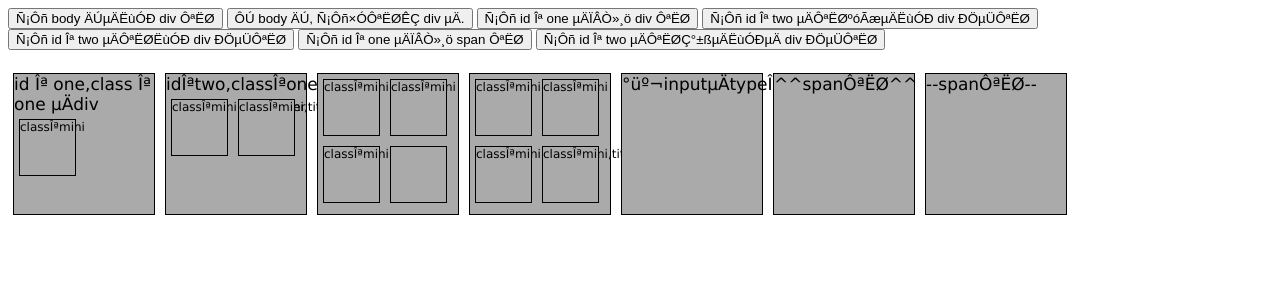
Repository: smilebingbing/java
Page: day_1/WebContent/jquery3.html
The author's editor kept a copy of each file at every save. The page is drawn from the files as they stood at one save, then again after the next save.
The browser window is 1280 px wide. The pictures show the whole page.
After loading, the first visible `#btn4` was clicked once.

Above is the page before, as saved 2016-10-15 07:36:05.

After the next save:
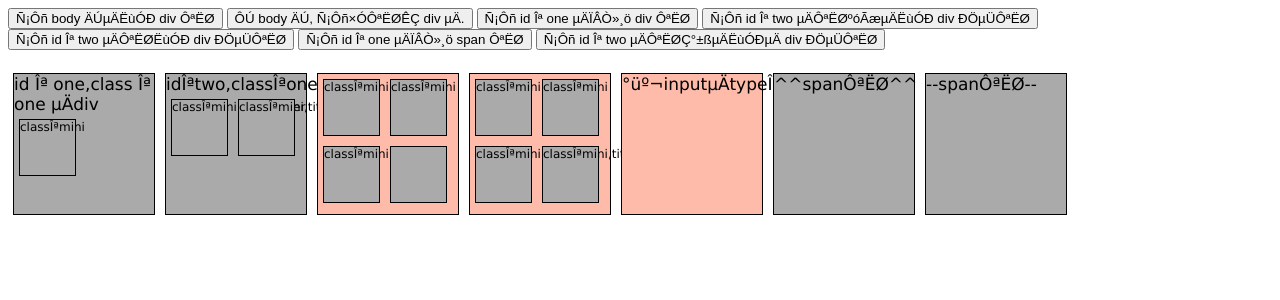
Saved 104 s later.
--- a/day_1/WebContent/jquery3.html
+++ b/day_1/WebContent/jquery3.html
@@ -43,7 +43,7 @@
 			$("#one+div").css("background","#ffbbaa");
 		});
 		$("#btn4").click(function(){
-			$("none").css("background","#ffbbaa");
+			$("#two~ div").css("background","#ffbbaa");
 		});
 		$("#btn5").click(function(){
 			$("none").css("background","#ffbbaa");
